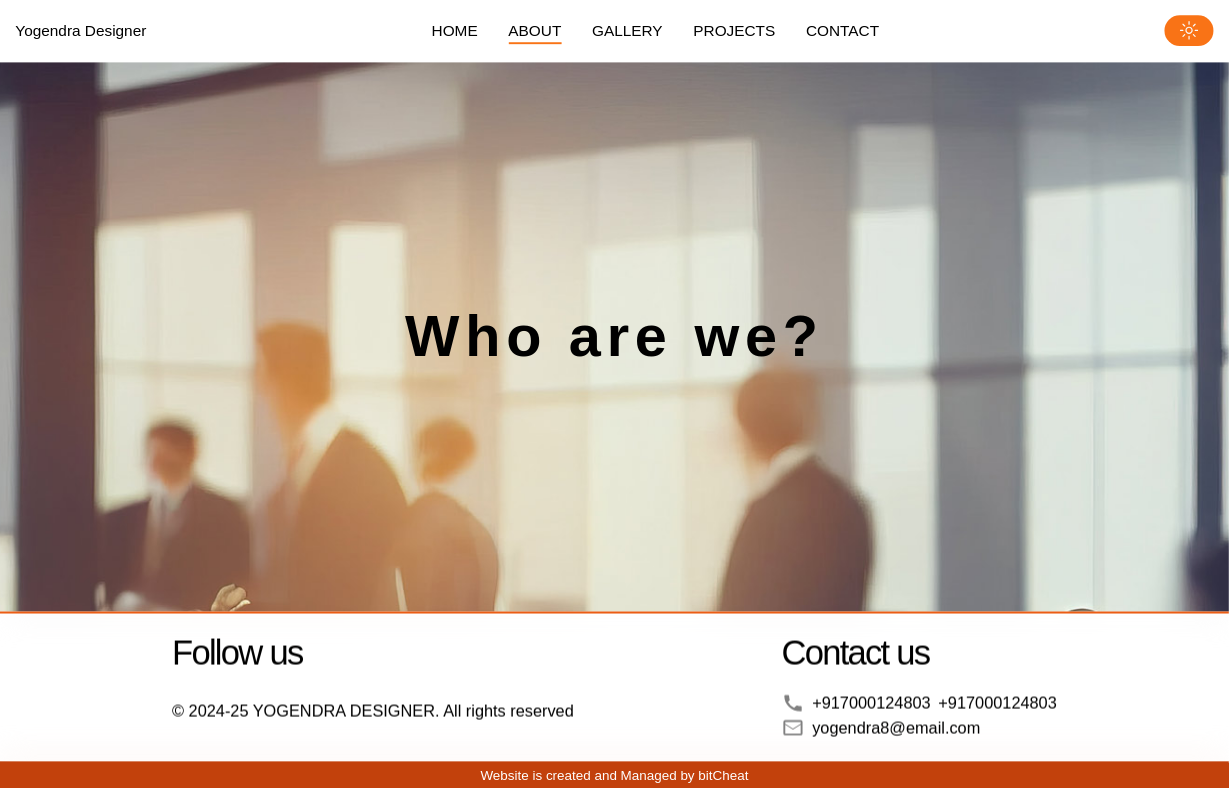
Repository: hitoutvrma/MB_designs-Interior-Designing-website
Page: /about
An editor plug-in stored every save of this project. The page is shown before and after the next save, followed by the edit.
The browser window is 1280 px wide. The pictures show the whole page, at 96% of full size.
The project was rebuilt for these pictures with package versions that can differ from the ones it lists, and the page was loaded fresh each time. The framework's server and built-in components were replaced by stand-ins that run in the browser. Also part of the build but not shown: next.config.mjs.

Above is the page before, as saved 2024-09-16 20:31:52.

### app/layout.js
import localFont from "next/font/local";
import { Sen } from "next/font/google";
import "./globals.css";
import Header from "@/components/ui/Header";
import Footer from "@/components/ui/Footer";
import { ThemeProvider } from "@/components/ThemeProvider";

const josef = Sen({
  subsets:["latin"],
  weight:["400","500","600","700"],
  display:"swap"
})

// const geistSans = localFont({
//   src: "./fonts/GeistVF.woff",
//   variable: "--font-geist-sans",
//   weight: "100 900",
// });
// const geistMono = localFont({
//   src: "./fonts/GeistMonoVF.woff",
//   variable: "--font-geist-mono",
//   weight: "100 900",
// });

export const metadata = {
  title: "Create Next App",
  description: "Generated by create next app",
};

export default function RootLayout({ children }) {
  return (
    <html lang="en" suppressHydrationWarning>
      <body
        className={`${josef.variable} ${josef.variable} overflow-x-hidden antialiased`}
      >
        <ThemeProvider attribute='class' defaultTheme='light'>

        <Header/>
        {children}
        <Footer/>
        </ThemeProvider>
      </body>
    </html>
  );
}

### app/about/page.jsx
import React from 'react'

const page = () => {
  return (
    <div>
      <div className="bg-[url('/image/whoweare.jpg')] bg-center bg-cover">
        <h1 className='container py-32 text-6xl font-semibold text-black tracking-widest text-center lg:py-64'>Who are we?</h1>
      </div>
    </div>
  )
}

export default page

### app/globals.css
@tailwind base;
@tailwind components;
@tailwind utilities;


body {
  color: var(--foreground);
  background: var(--background);
  font-family: Arial, Helvetica, sans-serif;
}

@layer utilities {
  .text-balance {
    text-wrap: balance;
  }
}


@layer base {
  :root {
    --background: 0 0% 100%;
    --foreground: 20 14.3% 4.1%;
    --card: 0 0% 100%;
    --card-foreground: 20 14.3% 4.1%;
    --popover: 0 0% 100%;
    --popover-foreground: 20 14.3% 4.1%;
    --primary: 24.6 95% 53.1%;
    --primary-foreground: 60 9.1% 97.8%;
    --secondary: 60 4.8% 95.9%;
    --secondary-foreground: 24 9.8% 10%;
    --muted: 60 4.8% 95.9%;
    --muted-foreground: 25 5.3% 44.7%;
    --accent: 60 4.8% 95.9%;
    --accent-foreground: 24 9.8% 10%;
    --destructive: 0 84.2% 60.2%;
    --destructive-foreground: 60 9.1% 97.8%;
    --border: 20 5.9% 90%;
    --input: 20 5.9% 90%;
    --ring: 24.6 95% 53.1%;
    --radius: 0.5rem;
    --chart-1: 12 76% 61%;
    --chart-2: 173 58% 39%;
    --chart-3: 197 37% 24%;
    --chart-4: 43 74% 66%;
    --chart-5: 27 87% 67%;
  }

  .dark {
    --background: 20 14.3% 4.1%;
    --foreground: 60 9.1% 97.8%;
    --card: 20 14.3% 4.1%;
    --card-foreground: 60 9.1% 97.8%;
    --popover: 20 14.3% 4.1%;
    --popover-foreground: 60 9.1% 97.8%;
    --primary: 20.5 90.2% 48.2%;
    --primary-foreground: 60 9.1% 97.8%;
    --secondary: 12 6.5% 15.1%;
    --secondary-foreground: 60 9.1% 97.8%;
    --muted: 12 6.5% 15.1%;
    --muted-foreground: 24 5.4% 63.9%;
    --accent: 12 6.5% 15.1%;
    --accent-foreground: 60 9.1% 97.8%;
    --destructive: 0 72.2% 50.6%;
    --destructive-foreground: 60 9.1% 97.8%;
    --border: 12 6.5% 15.1%;
    --input: 12 6.5% 15.1%;
    --ring: 20.5 90.2% 48.2%;
    --chart-1: 220 70% 50%;
    --chart-2: 160 60% 45%;
    --chart-3: 30 80% 55%;
    --chart-4: 280 65% 60%;
    --chart-5: 340 75% 55%;
  }
}



@layer base {
  * {
    @apply border-border;
  }
  body {
    @apply bg-background text-foreground;
  }
}

.h1{
  @apply text-6xl xl:text-[72px] xl:leading-[80px] tracking-[-2px] font-bold mb-5 mt-4;
}

### components/ui/Header.jsx
'use client';
import React from 'react'
 import ThemeToggler from '../ThemeToggler'
import MobileNavigation from './MobileNavigation';
import Nav from './Nav';
const Header = () => {
  return (
    <div className='flex justify-between p-4 items-center '>
      <div>Yogendra Designer</div>
      <Nav containerStyles='hidden xl:flex gap-8 items-center' linkStyles='relative hover:text-primary transition-all' underlineStyles ='absolute left-0 top-full h-[2px] bg-primary w-full'
      />
      <div className='flex gap-2 items-center'>

      <ThemeToggler/>
      <div className='xl:hidden'>

      <MobileNavigation/>
      </div>
      </div>
    </div>
  )
}

export default Header

### components/ui/Footer.jsx
import React from 'react'

const Footer = () => {
  return (
    <div className='w-screen'>

    <div class="sm:flex justify-between  border-t-2 border-t-orange-600  backdrop-blur-lg sm:px-[14vw] px-4 py-[3vh] text-[17px] ">
  <div className='mb-8 sm:mb-0'>
    <head>
    <link rel="stylesheet" href="https://cdnjs.cloudflare.com/ajax/libs/font-awesome/6.0.0-beta3/css/all.min.css"/>

    </head>
    <h1 class="pb-5 text-4xl tracking-tighter">Follow us</h1>
    <div className='flex gap-x-6 pb-2 text-4xl'>
    <a href="https://instagram/hitoutvrma" className="text-gray-600 hover:text-pink-500 transition-transform duration-300 transform hover:scale-110"><i class="fa-brands fa-instagram" ></i></a>
      <a href="https://www.linkedin.com/in/hitesh-verma-3695b0254/" className="text-gray-600 hover:text-blue-700 transition-transform duration-300 transform hover:scale-110"><i class="fa-brands fa-linkedin"></i></a>
      <a href="https://x.com/hitesh_404" className="text-gray-600 hover:text-blue-700 transition-transform duration-300 transform hover:scale-110"><i class="fa-brands fa-facebook"></i></a>
    </div>
    <div className='sm:block hidden'>&copy; 2024-25 YOGENDRA DESIGNER. All rights reserved</div>
  </div>
  <div>
    <h1 class="pb-5 text-4xl tracking-tighter">Contact us</h1>
    <div class="flex gap-x-2">
      <svg class="text" xmlns="http://www.w3.org/2000/svg" viewBox="0 0 24 24" width="24" height="24" fill="gray">
        <path d="M6.62 10.79a15.533 15.533 0 006.59 6.59l2.2-2.2a1 1 0 011.09-.27c1.12.37 2.33.57 3.6.57a1 1 0 011 1V20a1 1 0 01-1 1C10.29 21 3 13.71 3 5a1 1 0 011-1h3.01a1 1 0 011 1c0 1.27.2 2.48.57 3.6a1 1 0 01-.27 1.09l-2.2 2.2z" />
      </svg>
      <a href="tel:+917000124803" class="hover:underline">+917000124803</a>
      <a href="tel:+917000124803" class="hover:underline">+917000124803</a>
    </div>
    <div class="flex gap-x-2">
      <svg xmlns="http://www.w3.org/2000/svg" viewBox="0 0 24 24" width="24" height="24" fill="gray">
        <path d="M20 4H4a2 2 0 00-2 2v12a2 2 0 002 2h16a2 2 0 002-2V6a2 2 0 00-2-2zM4 6h16v2l-8 5-8-5V6zm0 12V9l7.39 4.62a1 1 0 001.22 0L20 9v9H4z" />
      </svg>
      <a href="mailto:example@email.com" class="hover:underline">yogendra8@email.com</a>
    </div>
  </div>
    </div>
  <div className='flex items-center justify-center p-1 text-sm bg-orange-700 text-white border-t-orange-600'>Website is created and Managed by bitCheat</div>
</div>

  )
}

export default Footer

### components/ThemeProvider.jsx
'use client';

import { ThemeProvider as NextThemesProvider } from "next-themes";

export function ThemeProvider({ children, ...props }) {
    return <NextThemesProvider {...props}>
        { children }
    </NextThemesProvider>
}

### components/ThemeToggler.jsx
import { Button } from "./ui/button";
import { useTheme } from "next-themes";
import { SunIcon, MoonIcon } from "@radix-ui/react-icons";

const ThemeToggler = () => {
    const { theme, setTheme } = useTheme();

  return (
    <div>
      <Button  onClick={()=>setTheme(theme==='dark'?'light':'dark')}>
        <SunIcon className="h-[1.2rem] w-[1.2rem] scale-100 rotate-0 transition-all dark:rotate-90 dark:scale-0"/>
        <MoonIcon className="w-[1rem] absolute scale-0 rotate-90 transition-all dark:rotate-0 dark:scale-100"/>
      </Button>
    </div>
  )
}

export default ThemeToggler

### components/ui/MobileNavigation.jsx
import React from 'react'

import {Sheet, SheetContent, SheetTrigger} from '@/components/ui/sheet';
import Nav from './Nav';
import { AlignJustify } from 'lucide-react';

const MobileNavigation = () => {
  return (
    <Sheet>
        <SheetTrigger asChild>
            <AlignJustify className='cursor-pointer'/>
        </SheetTrigger>
        <SheetContent>
            <div className='p-3 flex flex-col items-center'>
                <div>
                    <div>Yogendra designer</div>
                    <Nav containerStyles='flex flex-col items-center gap-y-2' linkStyles='text-1xl '/>
                </div>
            </div>
        </SheetContent>
    </Sheet>
  )
}

export default MobileNavigation

### components/ui/Nav.jsx
//Hooks

import { usePathname } from "next/navigation";
import { motion } from "framer-motion";
import Link from "next/link";

const links = [
    {
        path:'/',name:'home'
    },
    {
        path:'/about',name:'about'
    },
    {
        path:'/gallery',name:'gallery'
    },
    {
        path:'/projects',name:'projects'
    },
    {
        path:'/contact',name:'contact'
    },
]
const Nav = ({ containerStyles, linkStyles, underlineStyles } ) => {

    const path = usePathname();
  return (
    <div className={`${containerStyles}`} >
        {
            links.map((link,index) =>{
                return(
                    <Link href={link.path}
                    key={index} className={`uppercase ${linkStyles}`}>
                        {link.path===path && (
                            <motion.span
                            initial={{y:'-100%'}}
                            animate={{y:0}}
                            transition={{ type:'tween'}}
                            layoutId="underline"
                            className={`${underlineStyles}`}
                            />
                        )}
                        {link.name}

                    </Link>
                )
            })
        }
      </div>
  )
}

export default Nav

### components/ui/button.jsx
import * as React from "react"
import { Slot } from "@radix-ui/react-slot"
import { cva } from "class-variance-authority";

import { cn } from "@/lib/utils"

const buttonVariants = cva(
  "inline-flex items-center justify-center whitespace-nowrap rounded-full text-base font-medium ring-offset-background transition-colors focus-visible:outline-none focus-visible:ring-2 focus-visible:ring-ring focus-visible:ring-offset-2 disabled:pointer-events-none disabled:opacity-50",
  {
    variants: {
      variant: {
        default: "bg-primary text-primary-foreground hover:bg-primary/90",
        destructive:
          "bg-destructive text-destructive-foreground hover:bg-destructive/90",
        outline:
          "border border-input bg-background hover:bg-accent hover:text-accent-foreground",
        secondary:
          "bg-secondary text-secondary-foreground hover:bg-secondary/80",
        ghost: "hover:bg-accent hover:text-accent-foreground",
        link: "text-primary underline-offset-4 hover:underline",
      },
      size: {
        default: "sm:h-[2.5vw] h-[7vw] px-4 py-2",
        sm: "h-9 rounded-md px-3",
        lg: "h-11 rounded-md px-8",
        icon: "h-10 w-10",
      },
    },
    defaultVariants: {
      variant: "default",
      size: "default",
    },
  }
)

const Button = React.forwardRef(({ className, variant, size, asChild = false, ...props }, ref) => {
  const Comp = asChild ? Slot : "button"
  return (
    (<Comp
      className={cn(buttonVariants({ variant, size, className }))}
      ref={ref}
      {...props} />)
  );
})
Button.displayName = "Button"

export { Button, buttonVariants }

### components/ui/sheet.jsx
"use client";
import * as React from "react"
import * as SheetPrimitive from "@radix-ui/react-dialog"
import { cva } from "class-variance-authority";
import { X } from "lucide-react"

import { cn } from "@/lib/utils"

const Sheet = SheetPrimitive.Root

const SheetTrigger = SheetPrimitive.Trigger

const SheetClose = SheetPrimitive.Close

const SheetPortal = SheetPrimitive.Portal

const SheetOverlay = React.forwardRef(({ className, ...props }, ref) => (
  <SheetPrimitive.Overlay
    className={cn(
      "fixed inset-0 z-50 bg-black/80  data-[state=open]:animate-in data-[state=closed]:animate-out data-[state=closed]:fade-out-0 data-[state=open]:fade-in-0",
      className
    )}
    {...props}
    ref={ref} />
))
SheetOverlay.displayName = SheetPrimitive.Overlay.displayName

const sheetVariants = cva(
  "fixed z-50 gap-4 bg-background p-6 shadow-lg transition ease-in-out data-[state=open]:animate-in data-[state=closed]:animate-out data-[state=closed]:duration-300 data-[state=open]:duration-500",
  {
    variants: {
      side: {
        top: "inset-x-0 top-0 border-b data-[state=closed]:slide-out-to-top data-[state=open]:slide-in-from-top",
        bottom:
          "inset-x-0 bottom-0 border-t data-[state=closed]:slide-out-to-bottom data-[state=open]:slide-in-from-bottom",
        left: "inset-y-0 left-0 h-full w-3/4 border-r data-[state=closed]:slide-out-to-left data-[state=open]:slide-in-from-left sm:max-w-sm",
        right:
          "inset-y-0 right-0 h-full w-3/4  border-l data-[state=closed]:slide-out-to-right data-[state=open]:slide-in-from-right sm:max-w-sm",
      },
    },
    defaultVariants: {
      side: "right",
    },
  }
)

const SheetContent = React.forwardRef(({ side = "right", className, children, ...props }, ref) => (
  <SheetPortal>
    <SheetOverlay />
    <SheetPrimitive.Content ref={ref} className={cn(sheetVariants({ side }), className)} {...props}>
      {children}
      <SheetPrimitive.Close
        className="absolute right-4 top-4 rounded-sm opacity-70 ring-offset-background transition-opacity hover:opacity-100 focus:outline-none focus:ring-2 focus:ring-ring focus:ring-offset-2 disabled:pointer-events-none data-[state=open]:bg-secondary">
        <X className="h-4 w-4" />
        <span className="sr-only">Close</span>
      </SheetPrimitive.Close>
    </SheetPrimitive.Content>
  </SheetPortal>
))
SheetContent.displayName = SheetPrimitive.Content.displayName

const SheetHeader = ({
  className,
  ...props
}) => (
  <div
    className={cn("flex flex-col space-y-2 text-center sm:text-left", className)}
    {...props} />
)
SheetHeader.displayName = "SheetHeader"

const SheetFooter = ({
  className,
  ...props
}) => (
  <div
    className={cn("flex flex-col-reverse sm:flex-row sm:justify-end sm:space-x-2", className)}
    {...props} />
)
SheetFooter.displayName = "SheetFooter"

const SheetTitle = React.forwardRef(({ className, ...props }, ref) => (
  <SheetPrimitive.Title
    ref={ref}
    className={cn("text-lg font-semibold text-foreground", className)}
    {...props} />
))
SheetTitle.displayName = SheetPrimitive.Title.displayName

const SheetDescription = React.forwardRef(({ className, ...props }, ref) => (
  <SheetPrimitive.Description
    ref={ref}
    className={cn("text-sm text-muted-foreground", className)}
    {...props} />
))
SheetDescription.displayName = SheetPrimitive.Description.displayName

export {
  Sheet,
  SheetPortal,
  SheetOverlay,
  SheetTrigger,
  SheetClose,
  SheetContent,
  SheetHeader,
  SheetFooter,
  SheetTitle,
  SheetDescription,
}

### tailwind.config.js
/** @type {import('tailwindcss').Config} */
module.exports = {
	darkMode: ["class"], // Dark mode setting
	content: [
	  "./pages/**/*.{js,ts,jsx,tsx,mdx}",
	  "./components/**/*.{js,ts,jsx,tsx,mdx}",
	  "./app/**/*.{js,ts,jsx,tsx,mdx}",
	],
	theme: {
	  // Container customization
	  container: {
		center: true, // Centers the container horizontally
		padding: '2rem', // Adds 1rem of padding (16px) on all sides
		screens: {
		  sm: '100%',  // Container takes 100% width on small screens
		  md: '100%',  // Container takes 100% width on medium screens
		  lg: '1024px', // Container is 1024px wide on large screens
		  xl: '1280px', // Container is 1280px wide on extra-large screens
		  '2xl': '1536px', // Container is 1536px wide on 2XL screens
		},
	  },
	  extend: {
		// Extending color palette
		colors: {
		  background: 'hsl(var(--background))',
		  foreground: 'hsl(var(--foreground))',
		  card: {
			DEFAULT: 'hsl(var(--card))',
			foreground: 'hsl(var(--card-foreground))',
		  },
		  popover: {
			DEFAULT: 'hsl(var(--popover))',
			foreground: 'hsl(var(--popover-foreground))',
		  },
		  primary: {
			DEFAULT: 'hsl(var(--primary))',
			foreground: 'hsl(var(--primary-foreground))',
		  },
		  secondary: {
			DEFAULT: 'hsl(var(--secondary))',
			foreground: 'hsl(var(--secondary-foreground))',
		  },
		  muted: {
			DEFAULT: 'hsl(var(--muted))',
			foreground: 'hsl(var(--muted-foreground))',
		  },
		  accent: {
			DEFAULT: 'hsl(var(--accent))',
			foreground: 'hsl(var(--accent-foreground))',
		  },
		  destructive: {
			DEFAULT: 'hsl(var(--destructive))',
			foreground: 'hsl(var(--destructive-foreground))',
		  },
		  border: 'hsl(var(--border))',
		  input: 'hsl(var(--input))',
		  ring: 'hsl(var(--ring))',
		  chart: {
			'1': 'hsl(var(--chart-1))',
			'2': 'hsl(var(--chart-2))',
			'3': 'hsl(var(--chart-3))',
			'4': 'hsl(var(--chart-4))',
			'5': 'hsl(var(--chart-5))',
		  },
		},
		// Extending border radius
		borderRadius: {
		  lg: 'var(--radius)',
		  md: 'calc(var(--radius) - 2px)',
		  sm: 'calc(var(--radius) - 4px)',
		},
	  },
	},
	plugins: [require("tailwindcss-animate")],
  };

Loaded but not shown: lib/utils.js (common file)

After the next save:
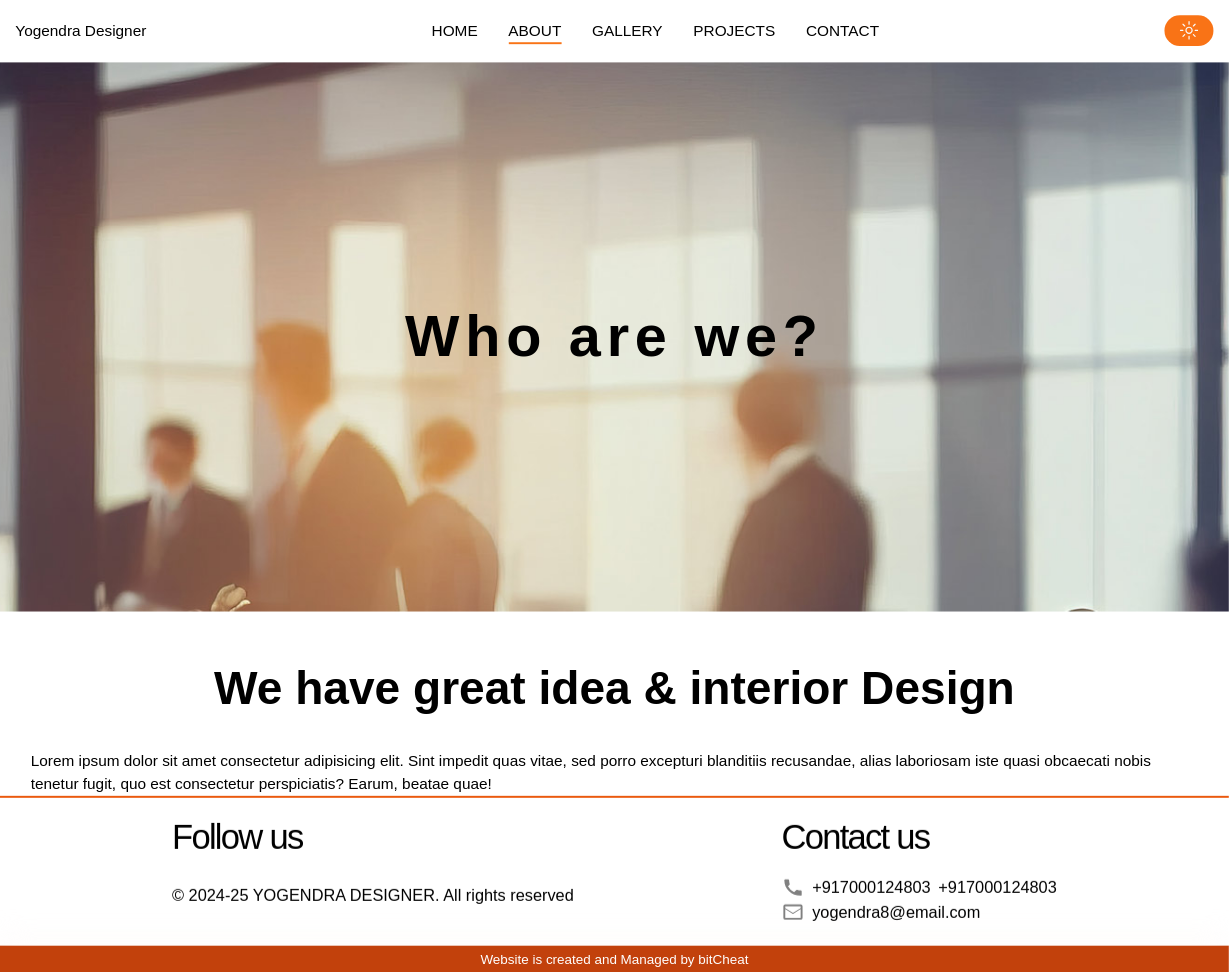
Saved 3 min 37 s later.
--- a/app/about/page.jsx
+++ b/app/about/page.jsx
@@ -6,6 +6,13 @@ const page = () => {
       <div className="bg-[url('/image/whoweare.jpg')] bg-center bg-cover">
         <h1 className='container py-32 text-6xl font-semibold text-black tracking-widest text-center lg:py-64'>Who are we?</h1>
       </div>
+      <div className='container'>
+        <div className='pt-4'>
+          <h2 className='text-3xl font-semibold text-center lg:p-10 lg:text-5xl'>We have great idea & interior Design</h2>
+          <p>Lorem ipsum dolor sit amet consectetur adipisicing elit. Sint impedit quas vitae, sed porro excepturi blanditiis recusandae, alias laboriosam iste quasi obcaecati nobis tenetur fugit, quo est consectetur perspiciatis? Earum, beatae quae!</p>
+        </div>
+
+      </div>
     </div>
   )
 }
